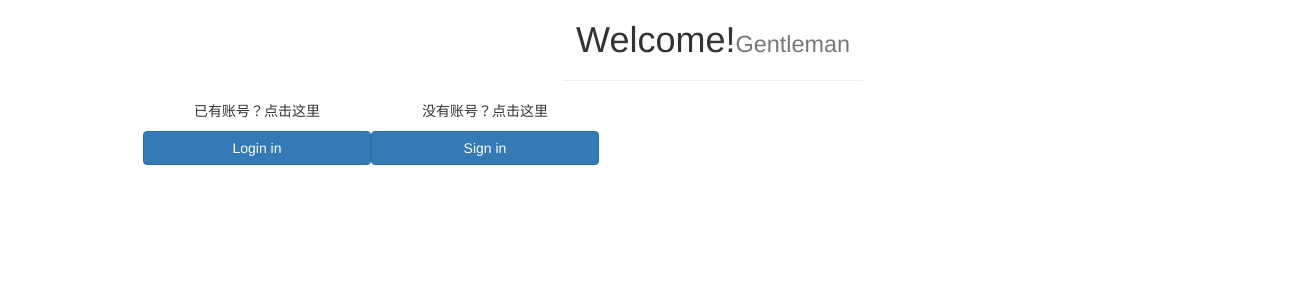
Repository: JasonBour/Beautypedia
Page: http://localhost/
These files come from the project's save history. The page is drawn as it stood at one moment and after the next save; the edit follows.
The browser window is 1280 px wide. The page is 1298 px wide, so the pictures cover 1298 px, including what lies to the right of the window. The pictures show the whole page.
The page is run by PHP 8.4 with error messages shown; the project is at /var/www/html/.

Above is the page before, as saved 2015-09-13 12:34:02.

### Beautypedia/index.php
<html>
<head>
<meta charset="utf-8">
<link rel="stylesheet" type="text/css" href="./css/bootstrap.min.css"><!-- css file-->
<link rel="stylesheet" type="text/css" href="./css/index.css">
</head>
<body>


<div class="container ">
    <h1  class="title">Welcome!<small>Gentleman</small></h1>



     <HR align=center width=300 color=#987cb9 SIZE=1>

  <div  class="login">
   <p>已有账号？点击这里</p>
   <button type="button" class="btn btn-primary btn-block">Login in</button>

  </div>

  <div class="signin">
  <p>没有账号？点击这里</p>
   <button type="button" class="btn btn-primary btn-block">Sign in</button>


  </div>
 </div>


</body>

</html>

### Beautypedia/css/index.css
@CHARSET "UTF-8";
div.container{
	text-align:center;
	 margin-left:10%;

}
div.login{
	width:20%;
	float:left;

}
div.signin{
 float:left;
	width:20%;

}

Loaded but not shown: Beautypedia/css/bootstrap.min.css (library)

After the next save:
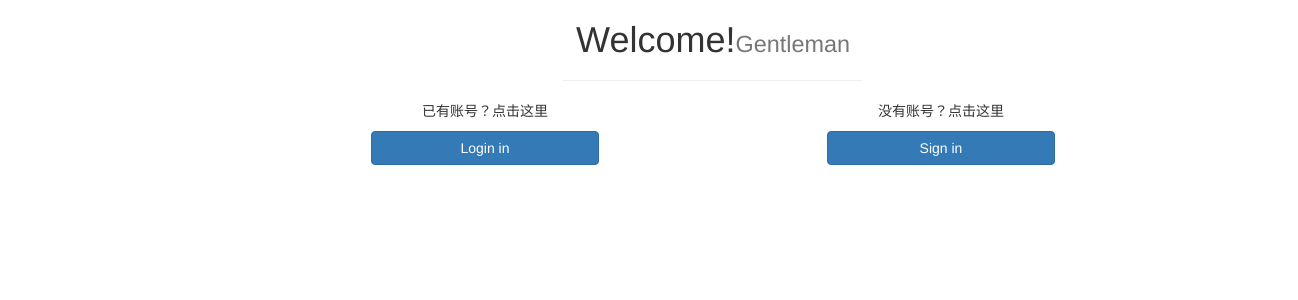
Saved 38 s later.
--- a/Beautypedia/css/index.css
+++ b/Beautypedia/css/index.css
@@ -7,10 +7,10 @@ div.container{
 div.login{
 	width:20%;
 	float:left;
-
+	margin-left:20%
 }
 div.signin{
  float:left;
 	width:20%;
-
+	margin-left:20%
 }
